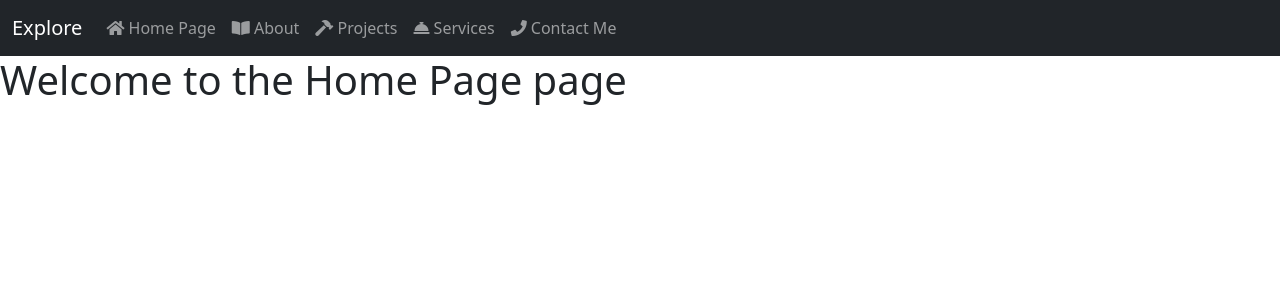
Repository: Survey-Wizard/SurveyWizard
Page: http://localhost/
An editor plug-in stored every save of this project. The page is shown before and after the next save, followed by the edit.
The browser window is 1280 px wide. The pictures show the whole page.
The page is served by the project's Node server (server.js).

Above is the page before, as saved 2021-05-30 10:09:35.

After the next save:
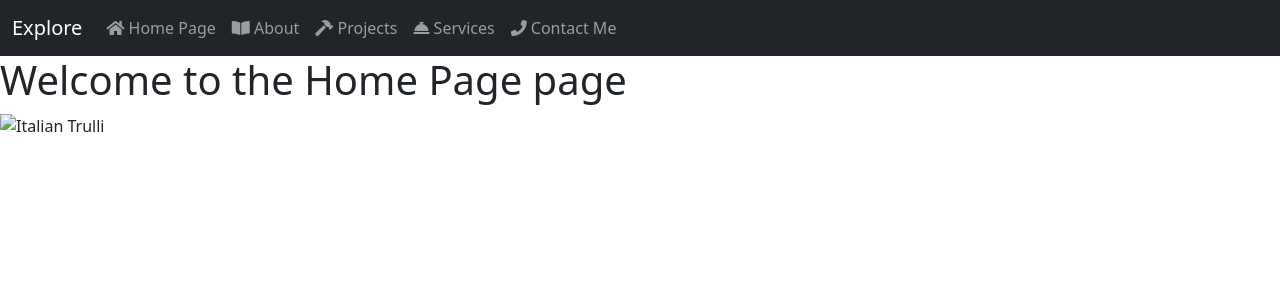
Not found: pic_trulli.jpg
Saved 110 s later.
--- a/views/index.ejs
+++ b/views/index.ejs
@@ -49,6 +49,7 @@
 
 
   <h1>Welcome to the <%= title %> page</h1>
+  <img src="pic_trulli.jpg" alt="Italian Trulli">
 
 
 
